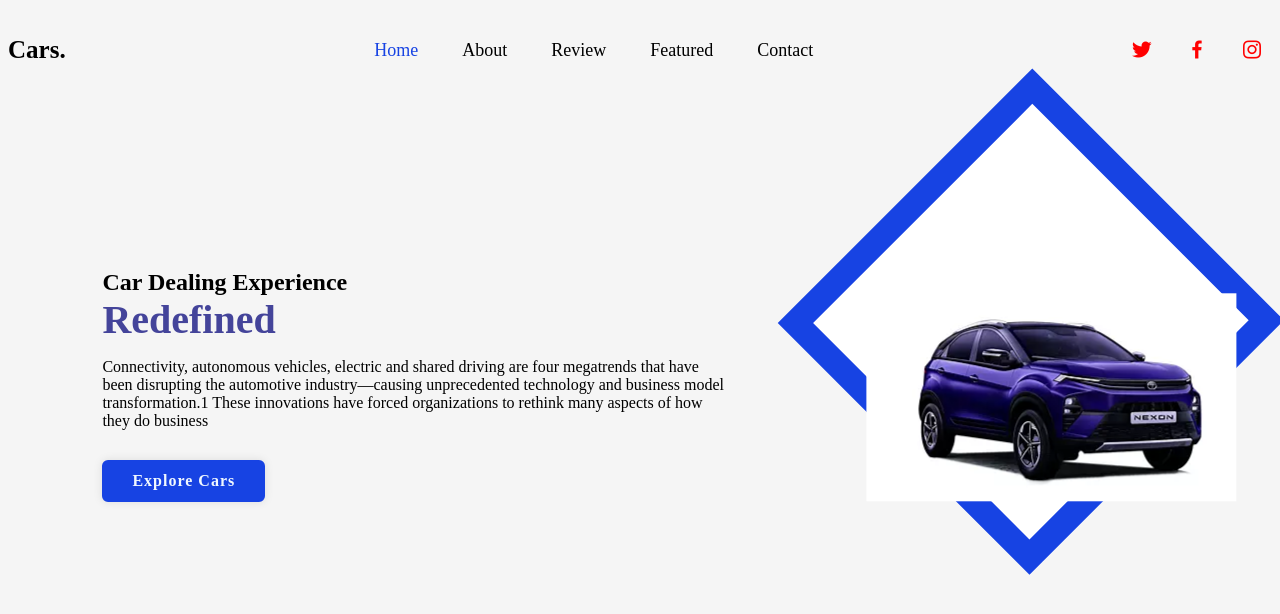
Repository: supriya123yadav/website-project
Page: index.html
These files come from the project's save history. The page is drawn as it stood at one moment and after the next save; the edit follows.
The browser window is 1280 px wide. The pictures show the whole page.

Above is the page before, as saved 2024-07-11 19:33:25.

After the next save:
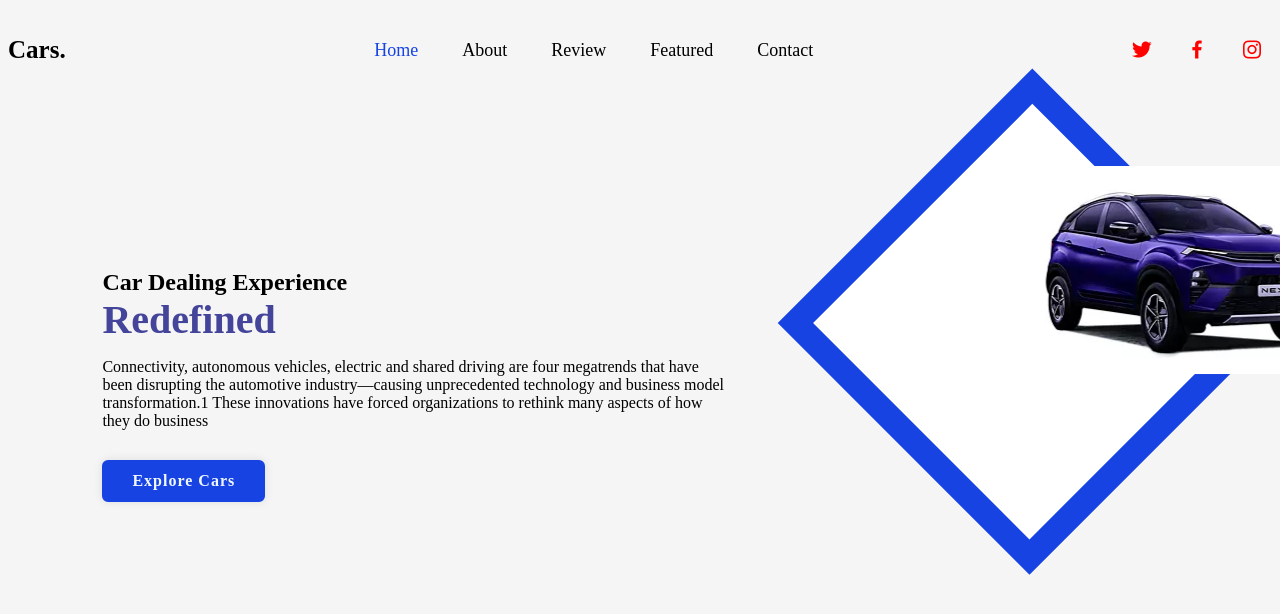
Saved 12 s later.
--- a/style.css
+++ b/style.css
@@ -120,7 +120,7 @@
 
 .home-img .rhombus img {
     position: absolute;
-    top: 90px;
+    top: -90px;
     bottom: 100px;
     right: -100px;
     max-width: 800px;

After the save that followed:
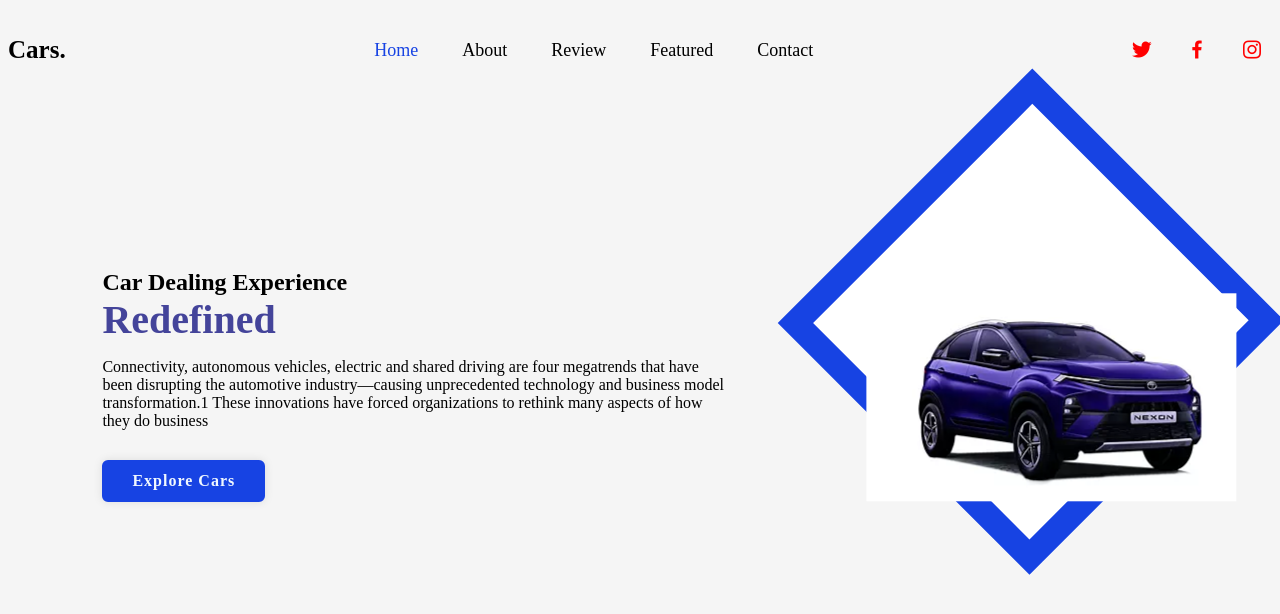
Saved 16 s later.
--- a/style.css
+++ b/style.css
@@ -120,8 +120,8 @@
 
 .home-img .rhombus img {
     position: absolute;
-    top: -90px;
-    bottom: 100px;
+    top: 90px;
+    bottom: -100px;
     right: -100px;
     max-width: 800px;
     transform: rotate(-45deg);
